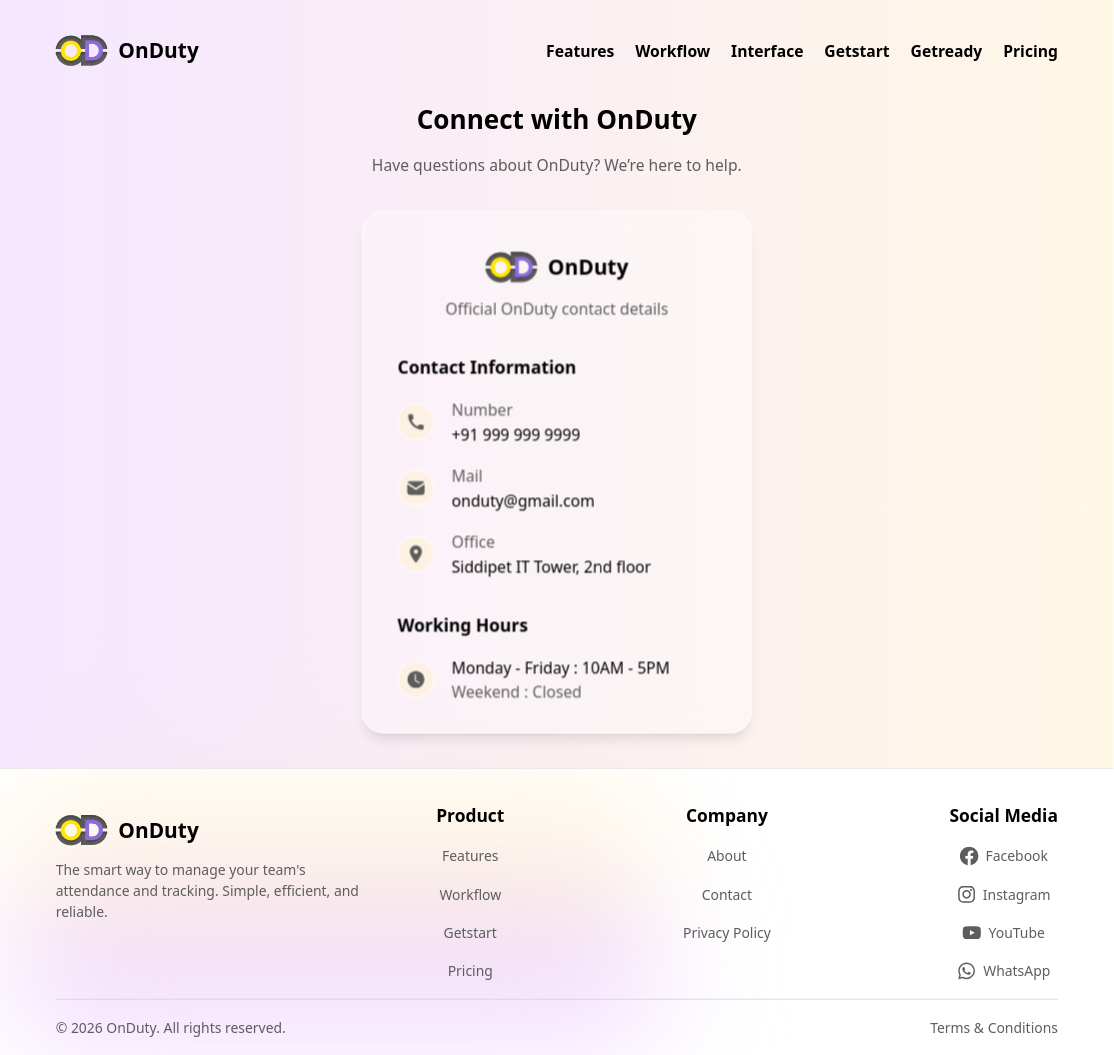
Repository: shekharzorin/ONDUTY-V1
Page: /contact
The author's editor kept a copy of each file at every save. The page is drawn from the files as they stood at one save, then again after the next save.
The browser window is 1280 px wide. The pictures show the whole page, at 87% of full size.
The project was rebuilt for these pictures with package versions that can differ from the ones it lists, and the page was loaded fresh each time. The framework's server and built-in components were replaced by stand-ins that run in the browser. Also part of the build but not shown: next.config.mjs, vite.config.js, app/components/ui/Crossicon.tsx.

Above is the page before, as saved 2026-01-17 16:36:29.

### app/layout.tsx
import type { Metadata } from "next";
import { Geist, Geist_Mono } from "next/font/google";
import "./globals.css";
import Navbar from "./components/header/Navbar";

const geistSans = Geist({
  variable: "--font-geist-sans",
  subsets: ["latin"],
});

const geistMono = Geist_Mono({
  variable: "--font-geist-mono",
  subsets: ["latin"],
});

export const metadata: Metadata = {
  title: "Create Next App",
  description: "Generated by create next app",
};

export default function RootLayout({
  children,
}: Readonly<{
  children: React.ReactNode;
}>) {
  return (
    <html lang="en">
      <body
        className={`${geistSans.variable} ${geistMono.variable} antialiased`}
      >
        <Navbar />
        {children}
      </body>
    </html>
  );
}

### app/contact/page.tsx
import Footer from "../components/footer/footer";
import ContactModal from "../components/sections/contact";

const page = () => {
  return (
    <div className="flex flex-col">
      <ContactModal />
      <Footer />
    </div>
  );
};

export default page;

### app/globals.css
@import "tailwindcss";

:root {
  --color-primary: #8d6bdc;
  --color-secondary: #e0d4ff;
  --color-bg: #efefef;
  --color-sidebar: #ffffff;
  --color-gray: #5d5d5d;
}

html {
  scroll-behavior: smooth;
}




.flip-card {
  perspective: 1000px;
}

.flip-card-inner {
  transform-style: preserve-3d;
}

.flip-card-front,
.flip-card-back {
  position: absolute;
  width:auto;
  height:auto;
  backface-visibility: hidden;
}

.flip-card-back {
  transform: rotateY(180deg);
}

### app/components/header/Navbar.tsx
"use client";

import Logo from "@/public/images/od_logo.png";
import Image from "next/image";
import Link from "next/link";
import { usePathname } from "next/navigation";
import { useEffect, useState } from "react";
import { MdMenu } from "react-icons/md";
import { motion, AnimatePresence } from "framer-motion";
import { useRouter } from "next/navigation";
import Crossicon from "../ui/Crossicon";

export const navLinks = [
  { name: "Features", id: "features" },
  { name: "Workflow", id: "workflow" },
  { name: "Interface", id: "interface" },
  { name: "Getstart", id: "getstart" },
  { name: "Getready", id: "getready" },
  { name: "Pricing", path: "/pricing/" },
];

const Navbar = () => {
  const pathname = usePathname();
  const [isScrolled, setIsScrolled] = useState(false);
  const [isNavOpen, setIsNavOpen] = useState(false);
  const router = useRouter();
  const [activeSection, setActiveSection] = useState<string | null>(null);

  const handleScrollNav = (id: string) => {
    setActiveSection(id);
    router.push(`/#${id}`);
  };

  useEffect(() => {
    if (pathname !== "/") {
      setActiveSection(null);
    }
  }, [pathname]);

  useEffect(() => {
    if (pathname !== "/") return;
    const hash = window.location.hash.replace("#", "");
    if (hash) {
      setActiveSection(hash);
    } else {
      setActiveSection("features");
    }
  }, [pathname]);

  useEffect(() => {
    const handleScroll = () => setIsScrolled(window.scrollY > 20);
    window.addEventListener("scroll", handleScroll);
    return () => window.removeEventListener("scroll", handleScroll);
  }, []);

  useEffect(() => {
    if (isNavOpen) {
      document.body.style.overflow = "hidden";
    } else {
      document.body.style.overflow = "";
    }
    return () => {
      document.body.style.overflow = "";
    };
  }, [isNavOpen]);

  useEffect(() => {
    if (pathname !== "/") return;

    const sections = [
      "features",
      "workflow",
      "interface",
      "getready",
      "getstart",
    ];
    let locked = true;

    const unlock = () => (locked = false);
    window.addEventListener("scroll", unlock, { once: true });

    const observer = new IntersectionObserver(
      (entries) => {
        if (locked) return;

        entries.forEach((entry) => {
          if (entry.isIntersecting) {
            const id = entry.target.id;

            // 1️⃣ Update active state
            setActiveSection(id);

            // 2️⃣ Update URL hash WITHOUT navigation
            router.replace(`/#${id}`, { scroll: false });
          }
        });
      },
      {
        rootMargin: "-45% 0px -45% 0px",
        threshold: 0,
      }
    );

    sections.forEach((id) => {
      const el = document.getElementById(id);
      if (el) observer.observe(el);
    });

    return () => observer.disconnect();
  }, [pathname, router]);

  return (
    <header
      className={`fixed top-0 left-0 right-0 z-50 border-b transition-all ${
        isScrolled
          ? "bg-transparent backdrop-blur-md border-white shadow-lg py-0"
          : "bg-transparent border-transparent py-5"
      }`}
    >
      <div className="mx-auto w-full px-4 sm:px-6 md:px-8 lg:px-12 xl:px-16 2xl:px-24 max-w-384 py-2 flex items-center justify-between">
        <div className="flex gap-2 lg:gap-3 items-center">
          <Image
            src={Logo}
            alt="Onduty Logo"
            height={60}
            width={60}
            className="flex h-10 w-10 md:h-12 md:w-12 lg:h-15 lg:w-15"
          />
          <h1 className="text-2xl lg:text-2xl font-bold">OnDuty</h1>
        </div>

        {/* Desktop Navbar */}
        <nav className="hidden lg:flex gap-6">
          {navLinks.map((item) => {
            // SCROLL ITEM
            if (item.id) {
              return (
                <button
                  key={item.id}
                  onClick={() => handleScrollNav(item.id)}
                  className={`relative lg:font-semibold xl:font-bold text-lg transition-colors duration-300
                    after:absolute after:left-0 after:-bottom-1 after:h-1
                    after:rounded-full after:bg-(--color-primary)
                    after:transition-all after:duration-300
                    ${
                      activeSection === item.id && pathname === "/"
                        ? "text-(--color-primary)"
                        : "after:w-0 hover:after:w-full"
                    }
                  `}
                >
                  {item.name}
                </button>
              );
            }

            // ROUTE ITEM
            const isActive = pathname === item.path;

            return (
              <Link
                key={item.path}
                href={item.path!}
                className={`relative lg:font-semibold xl:font-bold text-lg transition-colors duration-300
                  after:absolute after:left-0 after:-bottom-1 after:h-1
                  after:rounded-full after:bg-(--color-primary)
                  after:transition-all after:duration-300
                  ${
                    isActive
                      ? "text-(--color-primary)"
                      : "after:w-0 hover:after:w-full"
                  }
                `}
              >
                {item.name}
              </Link>
            );
          })}
        </nav>

        <div className="lg:hidden gap-3">
          <div
            onClick={() => setIsNavOpen(true)}
            className="flex p-1 lg:hidden bg-(--color-secondary) rounded-full border-white border justify-center items-center"
          >
            <MdMenu size={28} className="opacity-10 animate-pulse" />
          </div>

          <AnimatePresence>
            {isNavOpen && (
              <motion.div
                className="fixed inset-0 backdrop-blur-sm bg-black/30 flex justify-end h-screen"
                initial={{ opacity: 0 }}
                animate={{ opacity: 1 }}
                exit={{ opacity: 1 }}
                transition={{ duration: 0.6 }}
              >
                {/* Drawer */}
                <motion.div
                  className="relative w-[70%] md:w-[60%] bg-(--color-sidebar) h-full flex items-center"
                  initial={{ x: "100%" }}
                  animate={{ x: 0 }}
                  exit={{ x: "100%" }}
                  onClick={(e: any) => e.stopPropagation()}
                  transition={{
                    duration: 0.35,
                    ease: "easeInOut",
                  }}
                >
                  {/* Close button */}
                  <div className="flex absolute top-7.25 right-4 md:right-8 lg:hidden z-20 ">
                    <Crossicon onClick={() => setIsNavOpen(false)} />
                  </div>

                  {/* Mobile Navbar */}
                  <nav className="flex flex-col gap-10 p-10 mt-10 w-full">
                    {navLinks.map((item) => {
                      if (item.id) {
                        return (
                          <button
                            key={item.id}
                            onClick={() => {
                              handleScrollNav(item.id);
                              setIsNavOpen(false);
                            }}
                            className={`py-2 w-full relative text-lg font-semibold md:font-bold text-left transition-colors
                              ${
                                activeSection === item.id && pathname === "/"
                                  ? "text-(--color-primary)"
                                  : "text-black/80 hover:text-(--color-primary)"
                              }
                            `}
                          >
                            {item.name}
                          </button>
                        );
                      }

                      const isActive = pathname === item.path;

                      return (
                        <Link
                          key={item.path}
                          href={item.path!}
                          onClick={() => setIsNavOpen(false)}
                          className={`relative text-lg font-semibold md:font-bold py-2
                            ${isActive ? "text-(--color-primary)" : ""}
                          `}
                        >
                          {item.name}
                        </Link>
                      );
                    })}
                  </nav>
                </motion.div>
              </motion.div>
            )}
          </AnimatePresence>
        </div>
      </div>
    </header>
  );
};

export default Navbar;

### app/components/footer/footer.tsx
import Image from "next/image";
import Logo from "@/public/images/od_logo.png";
import Link from "next/link";
import { FaFacebook, FaInstagram, FaWhatsapp, FaYoutube } from "react-icons/fa";
import { ReactNode } from "react";

type FooterLink = {
  label: string;
  href: string;
  external?: boolean;
  icon?: ReactNode;
};

type FooterSection = {
  title: string;
  links: FooterLink[];
};

const footerLinks: FooterSection[] = [
  {
    title: "Product",
    links: [
      { label: "Features", href: "/#features" },
      { label: "Workflow", href: "/#workflow" },
      { label: "Getstart", href: "/#getstart" },
      { label: "Pricing", href: "/pricing/" },
    ],
  },
  {
    title: "Company",
    links: [
      { label: "About", href: "/about" },
      { label: "Contact", href: "/contact" },
      { label: "Privacy Policy", href: "/privacy&policy" },
    ],
  },
  {
    title: "Social Media",
    links: [
      {
        label: "Facebook",
        href: "https://www.facebook.com",
        external: true,
        icon: <FaFacebook size={22} />,
      },
      {
        label: "Instagram",
        href: "https://www.instagram.com",
        external: true,
        icon: <FaInstagram size={22} />,
      },
      {
        label: "YouTube",
        href: "https://www.youtube.com",
        external: true,
        icon: <FaYoutube size={22} />,
      },
      {
        label: "WhatsApp",
        href: "https://www.whatsapp.com",
        external: true,
        icon: <FaWhatsapp size={22} />,
      },
    ],
  },
];

const Footer = () => {
  return (
    <section
      id="footer"
      className="relative px-4 sm:px-6 md:px-8 lg:px-12 xl:px-16 2xl:px-24 max-w-384 w-full border-t border-gray-200"
    >
      {/* Background flare */}
      <div className="absolute top-0 left-1/2 -translate-x-1/2 w-full h-full max-w-7xl pointer-events-none -z-10">
        <div className="absolute bottom-0 w-[60%] h-[60%] bg-[#eccfff] rounded-full blur-3xl opacity-60 mix-blend-multiply filter" />
        <div className="absolute top-0 w-[60%] h-[60%] bg-[#fff4da] rounded-full blur-3xl opacity-60 mix-blend-multiply filter" />
      </div>

      <div className="flex flex-col pt-3 lg:pt-10 lg:flex-row lg:justify-between gap-5 lg:gap-20">
        <div className="flex flex-col gap-1 w-full lg:w-[50%]">
          <div className="flex gap-2 lg:gap-3 items-center">
            <Image
              src={Logo}
              alt="Onduty Logo"
              height={60}
              width={60}
              className="flex h-10 w-10 md:h-12 md:w-12 lg:h-15 lg:w-15"
            />
            <h1 className="text-2xl lg:text-2xl font-bold">OnDuty</h1>
          </div>
          <p className="text-(--color-gray)">
            The smart way to manage your team's attendance and tracking. Simple,
            efficient, and reliable.
          </p>
        </div>

        <div className="flex flex-wrap text-(--color-gray) justify-between w-full gap-5 lg:px-0 text-center">
          {footerLinks.map((section) => (
            <div key={section.title} className="flex flex-col gap-5">
              <p className="text-black text-lg lg:text-xl font-semibold">
                {section.title}
              </p>

              {section.links.map((link) => (
                <Link
                  key={link.label}
                  href={link.href}
                  target={link.external === true ? "_blank" : undefined}
                  rel={
                    link.external === true ? "noopener noreferrer" : undefined
                  }
                  className="hover:text-(--color-primary) transition"
                >
                  <p className="flex items-center gap-2 justify-center">
                    {link.icon}
                    {link.label}
                  </p>
                </Link>
              ))}
            </div>
          ))}
        </div>
      </div>

      <hr className="text-gray-300 mt-5" />
      <div className="text-(--color-gray) flex flex-col md:flex-row md:justify-between gap-5 my-5">
        <p>© 2026 OnDuty. All rights reserved.</p>
        <Link href="#">
          <p>Terms & Conditions</p>
        </Link>
      </div>
    </section>
  );
};

export default Footer;

### app/components/sections/contact.tsx
"use client";

import { motion } from "framer-motion";
import Image from "next/image";
import { useEffect, useState } from "react";
import { BsClockFill } from "react-icons/bs";
import { MdCall, MdLocationOn } from "react-icons/md";
import { TbMailFilled } from "react-icons/tb";
import Logo from "@/public/images/od_logo.png";

const Contact = () => {
  const [isFlipped, setIsFlipped] = useState(false);
  const [isAnimating, setIsAnimating] = useState(false);

  useEffect(() => {
    const timer = setTimeout(() => {
      setIsFlipped(true);
      setIsAnimating(true);
    }, 1500);

    return () => clearTimeout(timer);
  }, []);

  return (
    <section className="flex flex-col gap-10 pb-10 px-4 sm:px-6 md:px-8 lg:px-12 xl:px-16 2xl:px-24 max-w-384 mx-auto w-full items-center justify-center bg-linear-to-r from-[#eccfff]/50 to-[#fff0cd]/50 min-h-screen">
      <div className="flex flex-col items-center justify-center mt-30 text-center gap-5">
        <p className="text-2xl lg:text-3xl font-bold leading-[1.15] lg:text-balance justify-center items-center">
          Connect with OnDuty
        </p>
        <p className="md:text-lg text-(--color-gray)">
          Have questions about OnDuty? We’re here to help.
        </p>
      </div>

      <div className="flip-card relative w-full max-w-md h-140 md:h-150 rounded-3xl md:text-lg">
        <motion.div
          className="flip-card-inner relative w-full h-full"
          initial={{ rotateY: 0 }}
          animate={{ rotateY: isFlipped ? 180 : 360 }}
          transition={{ duration: 0.6, ease: "easeInOut" }}
          onAnimationComplete={() => setIsAnimating(false)}
        >
          {/* First card before flip */}
          <div className="flip-card-front absolute inset-0 backdrop-blur-md border border-white bg-white/30 shadow-lg rounded-3xl flex flex-col items-center justify-center">
            <div className="absolute flex h-7 w-[60%] left-0 top-[15%] bg-[#fff0cd]/50 rounded-r-full" />
            <div className="absolute flex h-7 w-[50%] left-0 top-[22%] bg-[#fff0cd]/35 rounded-r-full" />
            <div className="absolute flex h-7 w-[40%] left-0 top-[29%] bg-[#fff0cd]/25 rounded-r-full" />

            <div className="flex flex-col items-center justify-center text-center">
              <Image
                src={Logo}
                alt="Onduty Logo"
                height={80}
                width={80}
                className="md:h-25 md:w-25"
              />
              <h1 className="text-3xl font-bold">OnDuty</h1>
            </div>

            <div className="absolute flex h-7 w-[40%] right-0 bottom-[29%] bg-[#eccfff]/25 rounded-l-full" />
            <div className="absolute flex h-7 w-[50%] right-0 bottom-[22%] bg-[#eccfff]/35 rounded-l-full" />
            <div className="absolute flex h-7 w-[60%] right-0 bottom-[15%] bg-[#eccfff]/50 rounded-l-full" />
          </div>

          {/* Second card after flip */}
          <div className="flip-card-back absolute inset-0 backdrop-blur-md border border-white bg-white/30 shadow-lg rounded-3xl p-7 md:p-10 flex flex-col gap-10 justify-center">
            <div className="flex flex-col gap-1 w-full items-center justify-center">
              <div className="flex gap-2 lg:gap-3 items-center">
                <Image
                  src={Logo}
                  alt="Onduty Logo"
                  height={60}
                  width={60}
                  className="flex h-10 w-10 md:h-12 md:w-12 lg:h-15 lg:w-15"
                />
                <h1 className="text-2xl lg:text-2xl font-bold">OnDuty</h1>
              </div>
              <p className="text-(--color-gray) text-center">
                Official OnDuty contact details
              </p>
            </div>

            <div className="flex flex-col gap-5">
              <p className="font-bold text-xl">Contact Information</p>

              <div className="flex flex-col gap-5 text-(--color-gray)">
                <div className="flex gap-5 items-center">
                  <MdCall
                    className="p-2 rounded-full bg-[#fff0cd]/50 border border-white"
                    size={42}
                  />
                  <div>
                    <p className="text-(--color-gray)">Number</p>
                    <p className="font-medium text-black">+91 999 999 9999</p>
                  </div>
                </div>

                <div className="flex gap-5 items-center">
                  <TbMailFilled
                    className="p-2 rounded-full bg-[#fff0cd]/50 border border-white"
                    size={42}
                  />
                  <div>
                    <p className="text-(--color-gray)">Mail</p>
                    <p className="font-medium text-black">onduty@gmail.com</p>
                  </div>
                </div>

                <div className="flex gap-5 items-center">
                  <MdLocationOn
                    className="p-2 rounded-full bg-[#fff0cd]/50 border border-white"
                    size={42}
                  />
                  <div>
                    <p className="text-(--color-gray)">Office</p>
                    <p className="font-medium text-black">
                      Siddipet IT Tower, 2nd floor
                    </p>
                  </div>
                </div>
              </div>
            </div>

            <div className="flex flex-col gap-5">
              <p className="font-bold text-xl">Working Hours</p>
              <div className="flex gap-5 items-center text-(--color-gray)">
                <BsClockFill
                  className="p-2.5 rounded-full bg-[#fff0cd]/50 border border-white"
                  size={42}
                />
                <div>
                  <p className="font-medium text-black">
                    Monday - Friday : 10AM - 5PM
                  </p>
                  <p className="text-(--color-gray)">Weekend : Closed</p>
                </div>
              </div>
            </div>
          </div>
        </motion.div>
      </div>
    </section>
  );
};

export default Contact;

After the next save:
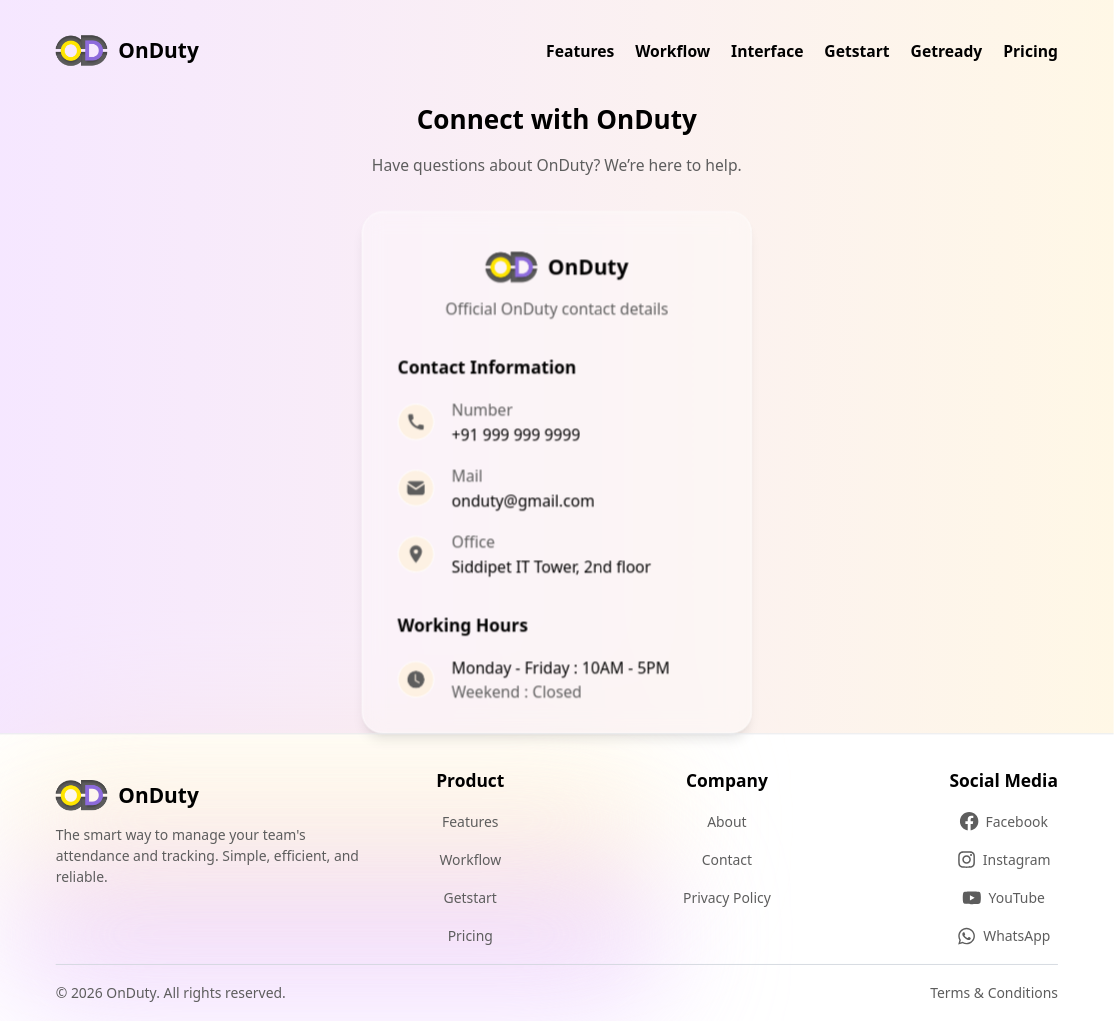
Saved 87 s later.
--- a/app/components/sections/contact.tsx
+++ b/app/components/sections/contact.tsx
@@ -22,7 +22,7 @@ const Contact = () => {
   }, []);
 
   return (
-    <section className="flex flex-col gap-10 pb-10 px-4 sm:px-6 md:px-8 lg:px-12 xl:px-16 2xl:px-24 max-w-384 mx-auto w-full items-center justify-center bg-linear-to-r from-[#eccfff]/50 to-[#fff0cd]/50 min-h-screen">
+    <section className="flex flex-col gap-10 px-4 sm:px-6 md:px-8 lg:px-12 xl:px-16 2xl:px-24 max-w-384 mx-auto w-full items-center justify-center bg-linear-to-r from-[#eccfff]/50 to-[#fff0cd]/50 min-h-screen">
       <div className="flex flex-col items-center justify-center mt-30 text-center gap-5">
         <p className="text-2xl lg:text-3xl font-bold leading-[1.15] lg:text-balance justify-center items-center">
           Connect with OnDuty
